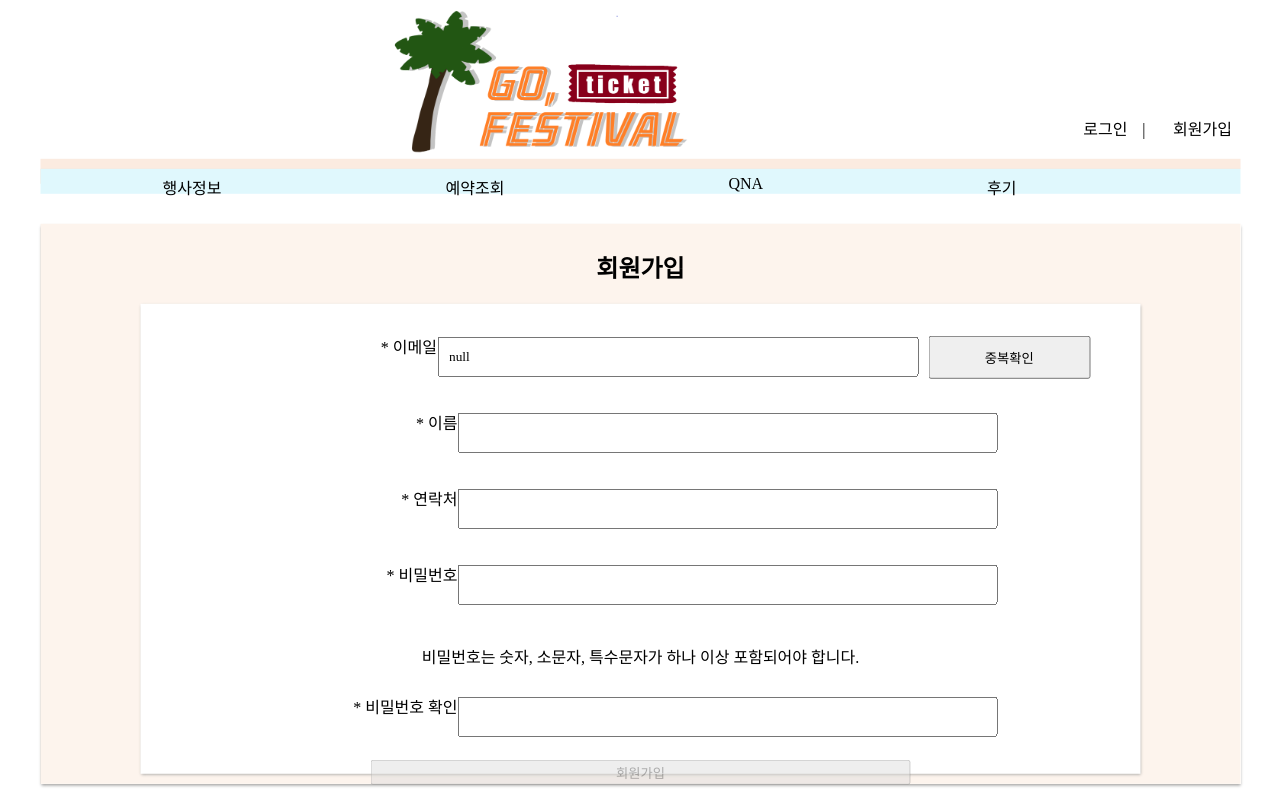
Repository: Changgyu1/Chang_Gu
Page: http://localhost/Project/register.jsp
These files come from the project's save history. The page is drawn as it stood at one moment and after the next save; the edit follows.
The browser window is 1280 px wide. The pictures show the whole page.
Some web fonts or font styles are not loaded; a fallback is used. The page is served by Tomcat 9.

Above is the page before, as saved 2023-11-16 05:09:23.

After the next save:
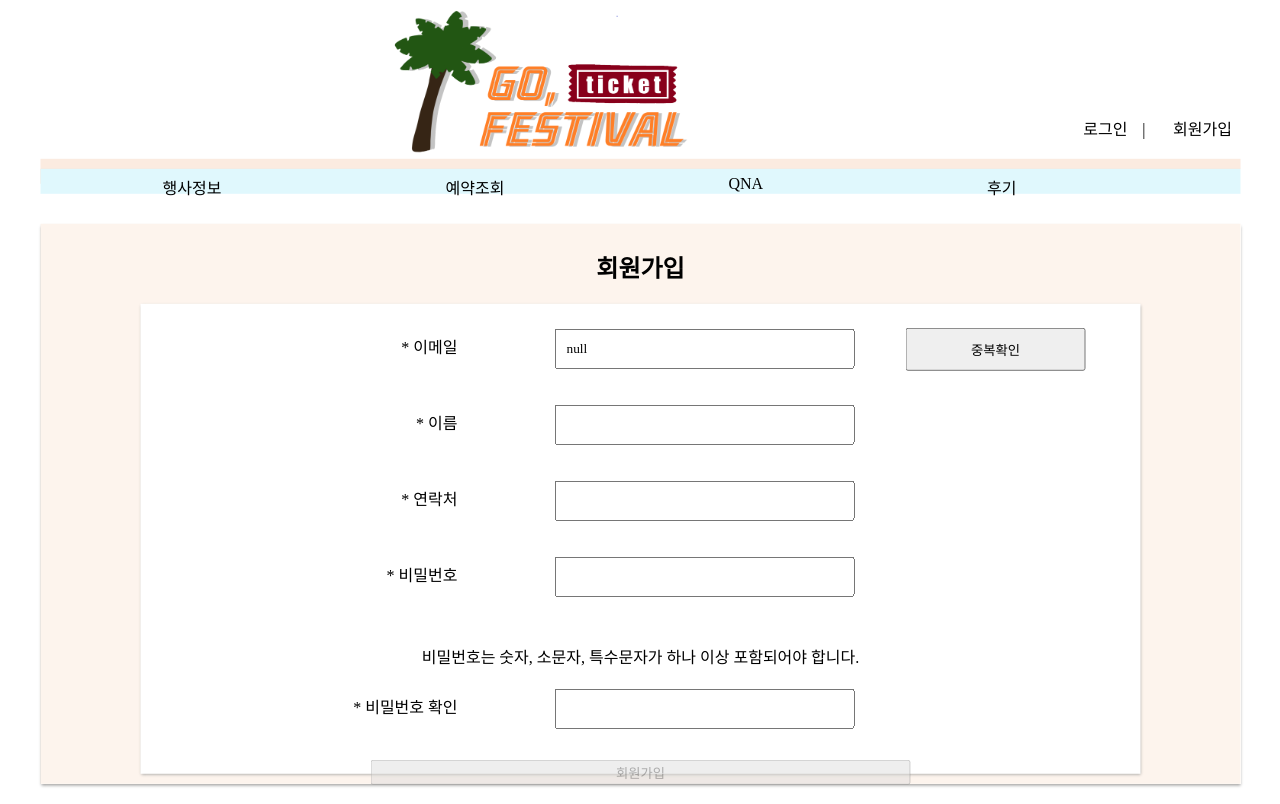
Saved 109 s later.
--- a/Project/src/main/webapp/register.jsp
+++ b/Project/src/main/webapp/register.jsp
@@ -33,9 +33,10 @@
         }
 
         .label-input-container input {
-            padding: 10px;
-            width: 60%;
-            box-sizing: border-box;
+padding: 10px;
+    width: 300px;
+    box-sizing: border-box;
+    margin: -16px -46px 0px 97px;
         }
 
         .label-input-container .checkButton {
